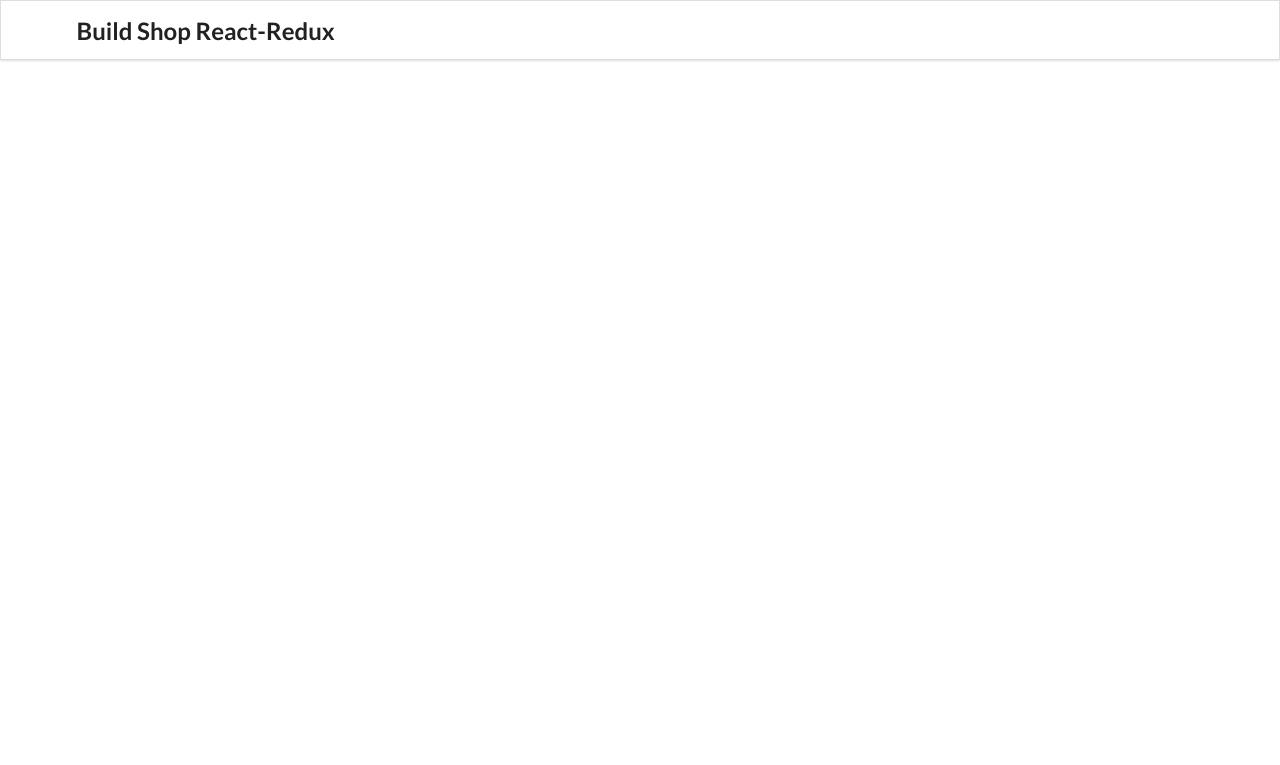
Repository: fdhhhdjd/React-Redux-Clothers-Calculate
Page: /
These files come from the project's save history. The page is drawn as it stood at one moment and after the next save; the edit follows.
The browser window is 1280 px wide. The pictures show the whole page.
The page's requests for data from a server got no answer. The project was rebuilt for these pictures with package versions that can differ from the ones it lists, and the page was loaded fresh each time. No one was signed in, and anything a server would have sent is missing.

Above is the page before, as saved 2021-11-03 15:13:04.

### public/index.html
<!DOCTYPE html>
<html lang="en">
  <head>
    <meta charset="utf-8" />
    <link rel="icon" href="%PUBLIC_URL%/favicon.ico" />
    <meta name="viewport" content="width=device-width, initial-scale=1" />
    <meta name="theme-color" content="#000000" />
    <meta
      name="description"
      content="Web site created using create-react-app"
    />
    <link rel="apple-touch-icon" href="%PUBLIC_URL%/logo192.png" />
    <!--
      manifest.json provides metadata used when your web app is installed on a
      user's mobile device or desktop. See https://developers.google.com/web/fundamentals/web-app-manifest/
    -->
    <link rel="manifest" href="%PUBLIC_URL%/manifest.json" />
    <link
      rel="stylesheet"
      href="https://cdnjs.cloudflare.com/ajax/libs/semantic-ui/2.4.1/semantic.min.css"
      integrity="sha512-8bHTC73gkZ7rZ7vpqUQThUDhqcNFyYi2xgDgPDHc+GXVGHXq+xPjynxIopALmOPqzo9JZj0k6OqqewdGO3EsrQ=="
      crossorigin="anonymous"
    />
    <link rel="preconnect" href="https://fonts.gstatic.com" />
    <link
      href="https://fonts.googleapis.com/css2?family=Roboto:wght@300;400;500&display=swap"
      rel="stylesheet"
    />
    <!--
      Notice the use of %PUBLIC_URL% in the tags above.
      It will be replaced with the URL of the `public` folder during the build.
      Only files inside the `public` folder can be referenced from the HTML.

      Unlike "/favicon.ico" or "favicon.ico", "%PUBLIC_URL%/favicon.ico" will
      work correctly both with client-side routing and a non-root public URL.
      Learn how to configure a non-root public URL by running `npm run build`.
    -->
    <title>React Redux App</title>
  </head>
  <body>
    <noscript>You need to enable JavaScript to run this app.</noscript>
    <div id="root"></div>
    <!--
      This HTML file is a template.
      If you open it directly in the browser, you will see an empty page.

      You can add webfonts, meta tags, or analytics to this file.
      The build step will place the bundled scripts into the <body> tag.

      To begin the development, run `npm start` or `yarn start`.
      To create a production bundle, use `npm run build` or `yarn build`.
    -->
  </body>
</html>

### src/index.js
import React from "react";
import ReactDOM from "react-dom";
import "./index.css";
import App from "./App";
import store from "./Redux/store";
import { Provider } from "react-redux";
import * as serviceWorker from "./serviceWorker";

ReactDOM.render(
  <React.StrictMode>
    <Provider store={store}>
      <App />
    </Provider>
  </React.StrictMode>,
  document.getElementById("root")
);

// If you want your app to work offline and load faster, you can change
// unregister() to register() below. Note this comes with some pitfalls.
// Learn more about service workers: https://bit.ly/CRA-PWA
serviceWorker.unregister();

### src/index.css
* {
  font-family: "Roboto", sans-serif;
  padding: 0;
  margin: 0;
}
body {
  margin: 0;
  font-family: -apple-system, BlinkMacSystemFont, 'Segoe UI', 'Roboto', 'Oxygen',
    'Ubuntu', 'Cantarell', 'Fira Sans', 'Droid Sans', 'Helvetica Neue',
    sans-serif;
  -webkit-font-smoothing: antialiased;
  -moz-osx-font-smoothing: grayscale;
}

code {
  font-family: source-code-pro, Menlo, Monaco, Consolas, 'Courier New',
    monospace;
}

### src/App.js
import React from "react";
import { BrowserRouter as Router, Switch, Route, Link } from "react-router-dom";
import "./App.css";
import { Header, Home } from "./Imports/index";

function App() {
  return (
    <div className="App">
      <>
        <Router>
          <Header />
          <Switch>
            <Route path="/" exact component={Home} />
          </Switch>
        </Router>
      </>
    </div>
  );
}

export default App;

### src/Redux/store.js
import { applyMiddleware, createStore } from "redux";
import logger from "redux-logger";
import thunk from "redux-thunk";
import rootReducer from "./root-reducer";
import { composeWithDevTools } from "redux-devtools-extension";
const middleware = [thunk];
if (process.env.NODE_ENV === "development") {
  middleware.push(logger);
}
const store = createStore(
  rootReducer,
  composeWithDevTools(applyMiddleware(...middleware))
);

export default store;

### src/App.css
* {
  font-family: "Roboto", sans-serif;
  padding: 0;
  margin: 0;
}

.ui.cards > .card > .image {
  height: 250px;
  padding: 20px;
  background: #fff;
  margin: auto;
}
.ui.cards > .card > .image > img {
  height: 100%;
  max-width: 100%;
  width: auto;
}
.ui.cards > .card > .content > .header {
  height: 48px;
  overflow: hidden;
  margin-bottom: 5px;
}
.ui.cards > .card > .content > .description {
  height: 36px;
  margin-bottom: 0px;
  overflow: hidden;
}
.ui.cards > .card .meta.price {
  margin-bottom: 5px;
  font-size: 18px;
  color: #333;
  font-weight: 600;
}

.ui.cards > .card .meta.price > a {
  font-size: 1.3rem;
  color: #222;
}

.ui.menu.fixed {
  height: 60px;
  padding-top: 15px;
}

.ui.grid.container {
  margin-top: 45px;
}

.ui.grid > .row {
  background: #fff;
}
.ui.grid > .row > .column.lp {
  padding: 20px 40px 20px 20px;
  align-self: flex-start !important;
}
.ui.grid > .row > .column.rp {
  padding: 20px 20px 20px 40px;
  text-align: left;
  align-self: flex-start !important;
}

.ui.grid > .row > .column > img,
.ui.grid > .row > img {
  height: 100%;
}
.ui.placeholder .header:not(:first-child):before,
.ui.placeholder .image:not(:first-child):before,
.ui.placeholder .paragraph:not(:first-child):before {
  display: none;
}

.ui.label,
.ui.labels .label {
  font-size: 22px;
}

.column.rp h1 {
  color: #333;
}
.column.rp p {
  font-size: 18px;
  color: #777;
}
.ui.placeholder.segment .column .button,
.ui.placeholder.segment .column .field,
.ui.placeholder.segment .column textarea,
.ui.placeholder.segment .column > .ui.input {
  background-color: #ff3e6c;
  border: 1px solid #ff3e6c;
  color: #fff;
  font-size: 18px;
  margin-left: 0;
}

### src/Imports/index.js
export { default as Header } from "../Pages/Header";
export { default as Home } from "../Pages/Home";

### src/Redux/root-reducer.js
import { combineReducers } from "redux";
import BasketReducer from "./Reducer";
const rootReducer = combineReducers({
  data: BasketReducer,
});
export default rootReducer;

### src/Pages/Header.js
import React from "react";
const Header = () => {
  return (
    <>
      <div className="ui fixed menu">
        <div className="ui container center">
          <h2>Build Shop React-Redux</h2>
        </div>
      </div>
    </>
  );
};

export default Header;

### src/Pages/Home.js
import React, { useEffect } from "react";
import { useDispatch, useSelector } from "react-redux";
import ProductList from "../Components/ProductList";
import { setProducts } from "../Redux/Actions";

const Home = () => {
  const dispatch = useDispatch();
  const { cart } = useSelector((state) => state.data);
  console.log(cart);
  useEffect(() => {
    dispatch(setProducts());
  }, []);
  return (
    <>
      <div className="ui grid container">
        <ProductList cart={cart} />
      </div>
    </>
  );
};

export default Home;

### src/Redux/Reducer.js
import * as types from "./ActionType";
const initialState = {
  cart: [],
  loading: false,
  error: null,
};
const BasketReducer = (state = initialState, action) => {
  const { type, payload } = state;
  switch (type) {
    case types.FETCH_API_START:
      return {
        ...state,
        loading: true,
      };
    case types.FETCH_API_SUCCESS:
      return {
        ...state,
        loading: false,
        cart: payload,
      };
    case types.FETCH_API_FAIL:
      return {
        ...state,
        loading: false,
        error: payload,
      };
    default:
      return state;
  }
};
export default BasketReducer;

### src/Components/ProductList.js
import React, { useEffect } from "react";

const ProductList = ({ cart }) => {
  const { id, title, image, price, category } = cart;
  return <></>;
};

export default ProductList;

### src/Redux/Actions.js
import axios from "axios";
import * as types from "./ActionType";
export const FetchAllStart = () => ({
  type: types.FETCH_API_START,
});
export const FetchAllSuccess = (api) => ({
  type: types.FETCH_API_SUCCESS,
  payload: api,
});
export const FetchAllFail = (error) => ({
  type: types.FETCH_API_FAIL,
  payload: error,
});
export const setProducts = () => {
  return function (dispatch) {
    dispatch(FetchAllStart());
    axios
      .get("https://fakestoreapi.com/products")
      .then((response) => {
        dispatch(FetchAllSuccess(response.data));
      })
      .catch((error) => {
        dispatch(FetchAllFail(error));
      });
  };
};

### src/Redux/ActionType.js
export const FETCH_API_START = "FETCH_API_START";
export const FETCH_API_SUCCESS = "FETCH_API_SUCCESS";
export const FETCH_API_FAIL = "FETCH_API_FAIL";

Loaded but not shown: src/serviceWorker.js (common file)

After the next save:
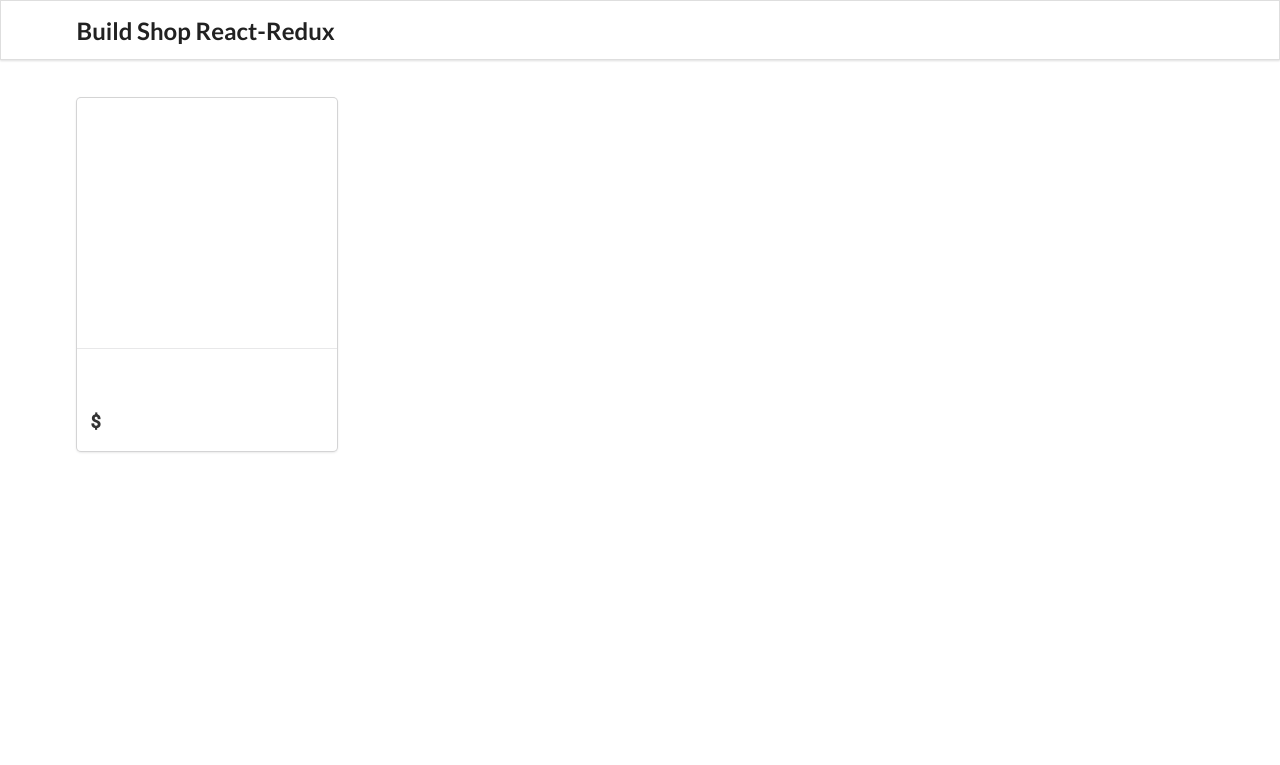
Saved 29 s later.
--- a/src/Components/ProductList.js
+++ b/src/Components/ProductList.js
@@ -1,8 +1,27 @@
 import React, { useEffect } from "react";
-
+import { Link } from "react-router-dom";
 const ProductList = ({ cart }) => {
   const { id, title, image, price, category } = cart;
-  return <></>;
+  return (
+    <>
+      <div className="four wide column" key={id}>
+        <Link to={`/product/${id}`}>
+          <div className="ui link cards">
+            <div className="card">
+              <div className="image">
+                <img src={image} alt={title} />
+              </div>
+              <div className="content">
+                <div className="header">{title}</div>
+                <div className="meta price">$ {price}</div>
+                <div className="meta">{category}</div>
+              </div>
+            </div>
+          </div>
+        </Link>
+      </div>
+    </>
+  );
 };
 
 export default ProductList;
